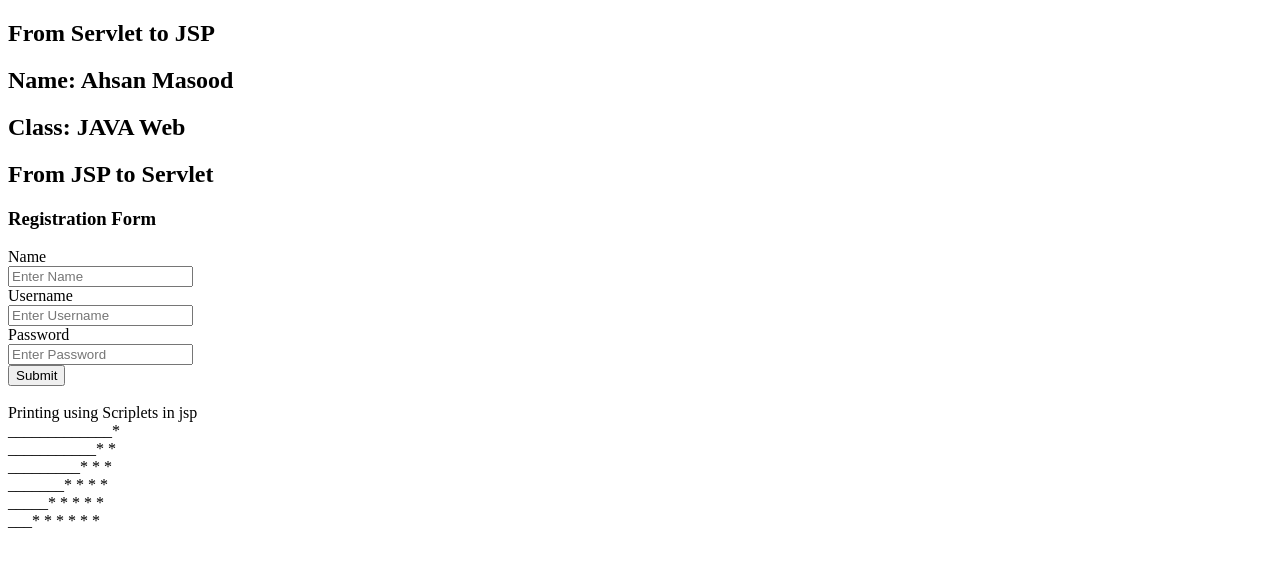
Repository: Ahsan-Masood98/Java-Web-Eng
Page: http://localhost/week2lab/helloworld
An editor plug-in stored every save of this project. The page is shown before and after the next save, followed by the edit.
The browser window is 1280 px wide. The pictures show the whole page.
The page is served by Tomcat 9.

Above is the page before, as saved 2022-09-21 13:49:07.

### eclipse-workplace/week2lab/src/main/webapp/index.jsp
<%@ page language="java" contentType="text/html; charset=ISO-8859-1" pageEncoding="ISO-8859-1"%>
<!DOCTYPE html>
<html>
<head>
<meta charset="ISO-8859-1">
<title>Week 2 Lab</title>
</head>
<body>
	<h2>From Servlet to JSP</h2>
	<h2>Name: ${name}</h2>
	<h2>Class: ${course}</h2>
	<h2>From JSP to Servlet</h2>
	<h3>Registration Form</h3>
	<form action="helloworld" method ="post">
	<label>Name</label><br/>
	<input type=text name="name" placeholder="Enter Name"/><br/>
	<label>Username</label><br/>
	<input type=text name="username" placeholder="Enter Username"/><br/>
	<label>Password</label><br/>
	<input type=password name="password" placeholder="Enter Password"/><br/>
	<button type="submit">Submit</button>
	</form>
	<br>
	<% out.print("Printing using Scriplets in jsp"); %>
	<br>
	<%
		int i,j, row=6;
		for(i=0; i< row; i++){
			for (j = 2*(row - i); j >= 0; j--)
	               out.print("_");
	  		for( j=0; j<=i; j++)
				out.println("* ");
			out.print("<br/>");
		}
		out.print("<br/>");
	%>
</body>
</html>

### eclipse-workplace/week2lab/src/main/java/com/ahsan/helloworld.java
package com.ahsan;

import java.io.IOException;
import java.io.PrintWriter;

import javax.servlet.RequestDispatcher;
import javax.servlet.ServletException;
import javax.servlet.annotation.WebServlet;
import javax.servlet.http.HttpServlet;
import javax.servlet.http.HttpServletRequest;
import javax.servlet.http.HttpServletResponse;

/**
 * Servlet implementation class helloworld
 */
@WebServlet("/helloworld")
public class helloworld extends HttpServlet {
	private static final long serialVersionUID = 1L;

    /**
     * Default constructor.
     */
    public helloworld() {
        // TODO Auto-generated constructor stub
    }

	/**
	 * @see HttpServlet#doGet(HttpServletRequest request, HttpServletResponse response)
	 */
	protected void doGet(HttpServletRequest request, HttpServletResponse response) throws ServletException, IOException {
		// TODO Auto-generated method stub
		response.getWriter().append("Served at: ").append(request.getContextPath());

		String destination ="index.jsp";
		RequestDispatcher requestDispatcher = request.getRequestDispatcher(destination);
		String name = "Ahsan Masood";
		request.setAttribute("name", name);
		String course = "JAVA Web";
		request.setAttribute("course", course);
		requestDispatcher.forward(request, response);
		// or request.getRequestDispatcher("index.js").forward(request, response);
	}

	/**
	 * @see HttpServlet#doPost(HttpServletRequest request, HttpServletResponse response)
	 */
	protected void doPost(HttpServletRequest request, HttpServletResponse response) throws ServletException, IOException {
		// TODO Auto-generated method stub
		doGet(request, response);
		response.setContentType("Text/HTML");
		String name = request.getParameter("name");
		String username = request.getParameter("username");
		String password = request.getParameter("password");
		PrintWriter out = response.getWriter();
		out.println("<h1> Name: " + name + "</h1> <br/> <h1> Username: " + username + "</h1> <br/>");
	}

}

After the next save:
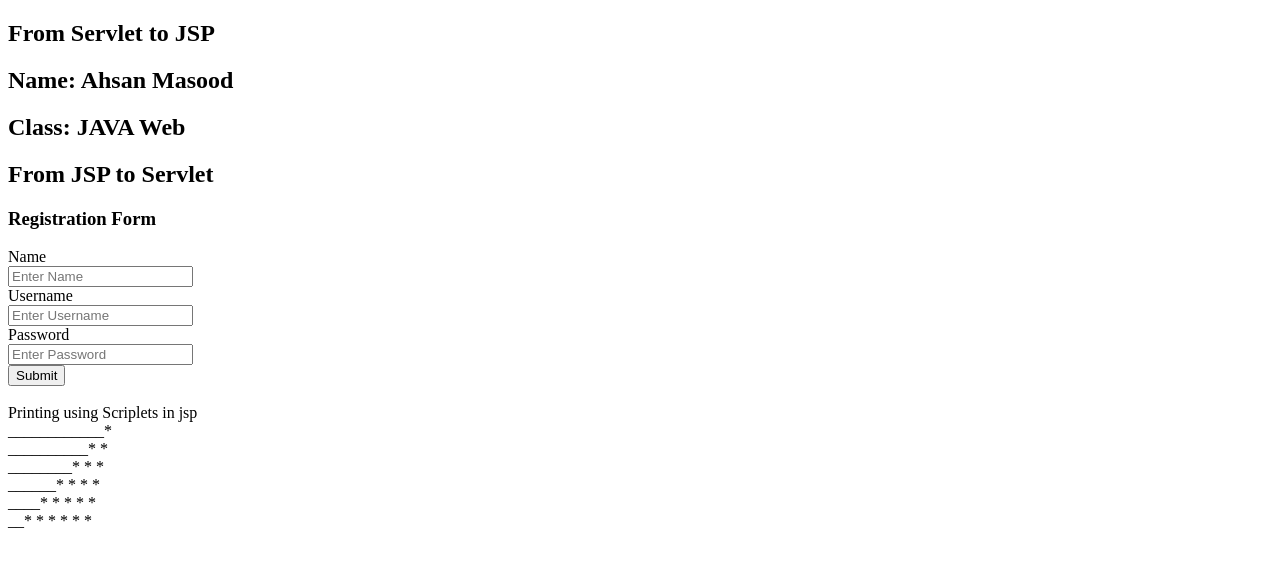
Saved 40 s later.
--- a/eclipse-workplace/week2lab/src/main/webapp/index.jsp
+++ b/eclipse-workplace/week2lab/src/main/webapp/index.jsp
@@ -26,7 +26,7 @@
 	<%
 		int i,j, row=6;
 		for(i=0; i< row; i++){
-			for (j = 2*(row - i); j >= 0; j--)
+			for (j = 2*(row - i); j > 0; j--)
 	               out.print("_");
 	  		for( j=0; j<=i; j++)
 				out.println("* ");
